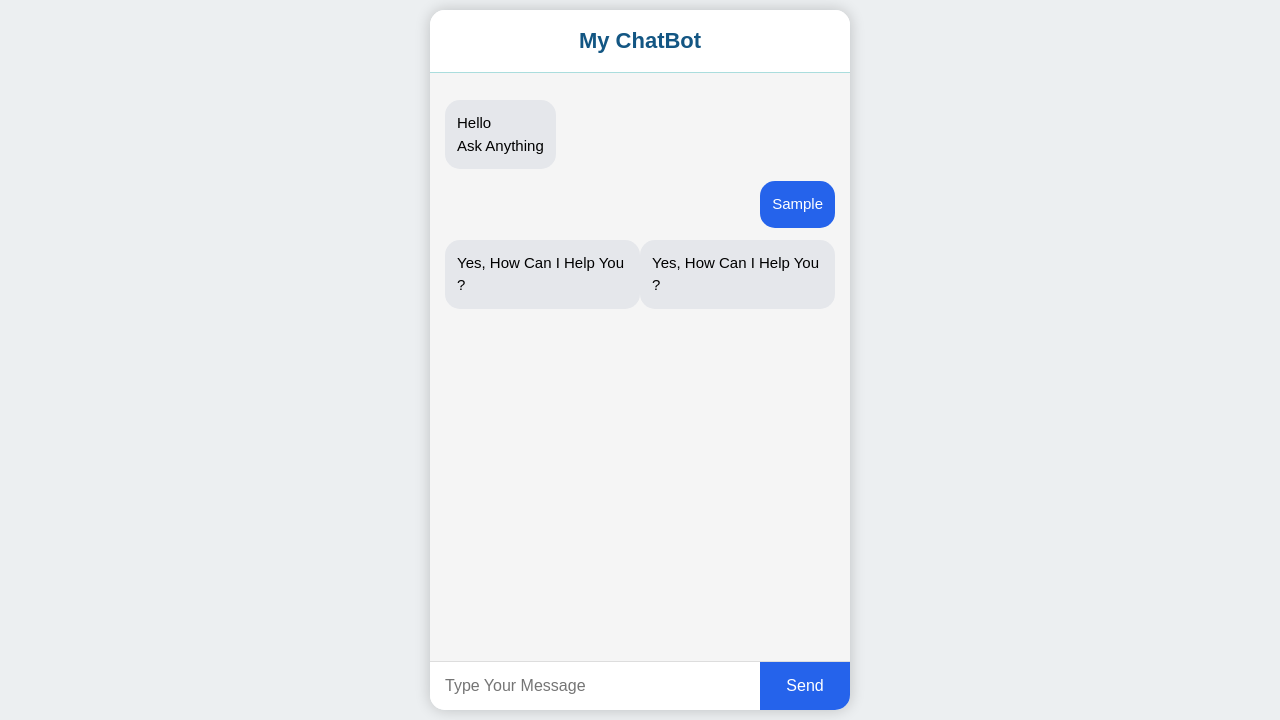
Repository: nt269782-web/Offline-ChatBot
Page: front.html
These files come from the project's save history. The page is drawn as it stood at one moment and after a run of saves; the edit follows.
The browser window is 1280 px wide. The pictures show the whole page.
Empty fields were first filled with sample values (such as "Sample", 5 or name@example.com).
After loading, the first visible `button` was clicked once.
The page's requests for data from a server got no answer.

Above is the page before, as saved 2026-07-11 11:32:35.

After the next 3 saves:
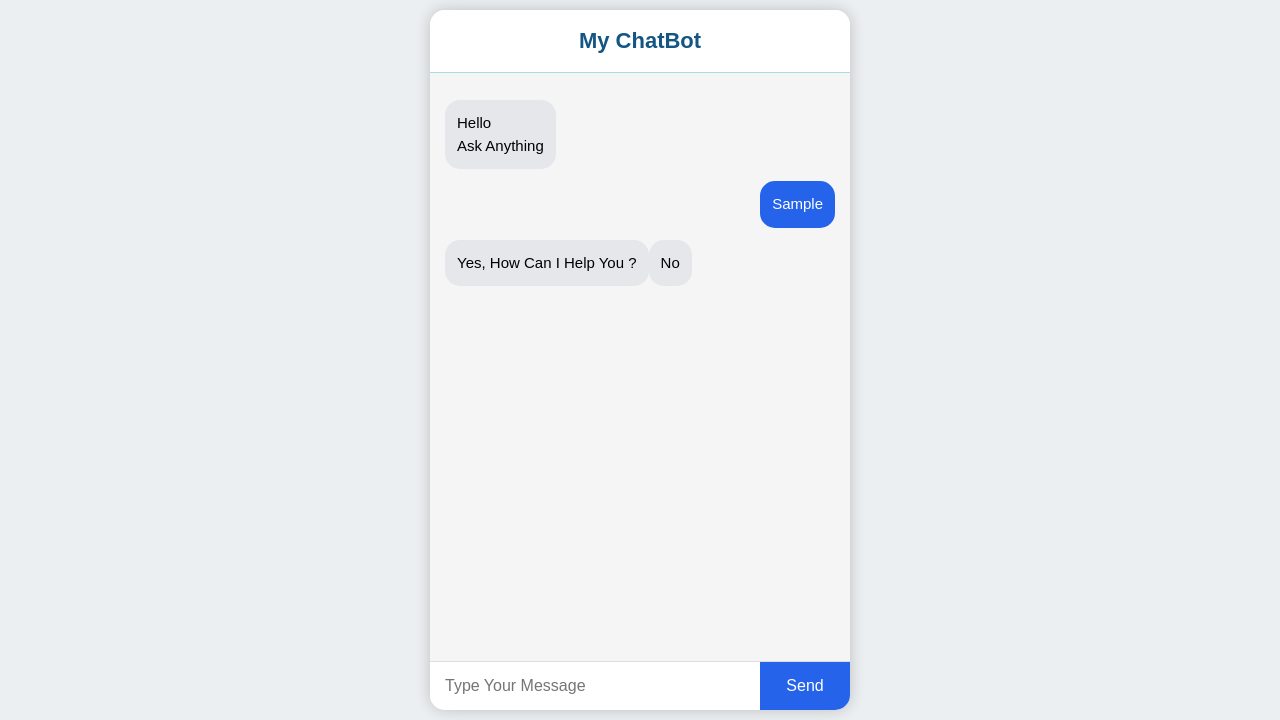
The 3 saves are shown as one change because they came seconds apart.
The last was saved 9 s later.
--- a/Java.js
+++ b/Java.js
@@ -50,8 +50,7 @@ function sendMessage() {
                     How Can I Help You ?
                 </div>
                 <div class="bubble">
-                    Yes,
-                    How Can I Help You ?
+                    No
                 </div>
             </div>
         `;
